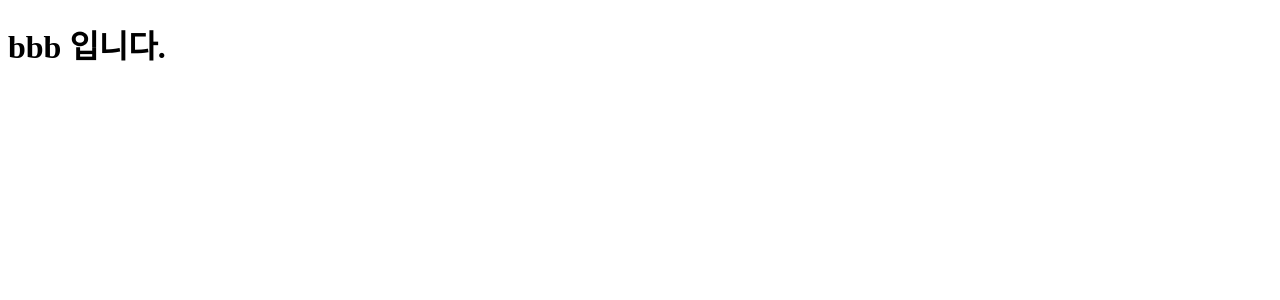
Repository: hjh5217/newJSP
Page: http://localhost/jspProj/err/ccc.jsp
These files come from the project's save history. The page is drawn as it stood at one moment and after the next save; the edit follows.
The browser window is 1280 px wide. The pictures show the whole page.
The page is served by Tomcat 9. Nobody is signed in. The application's start-up code is not run.

Above is the page before, as saved 2023-07-26 01:42:38.

After the next save:
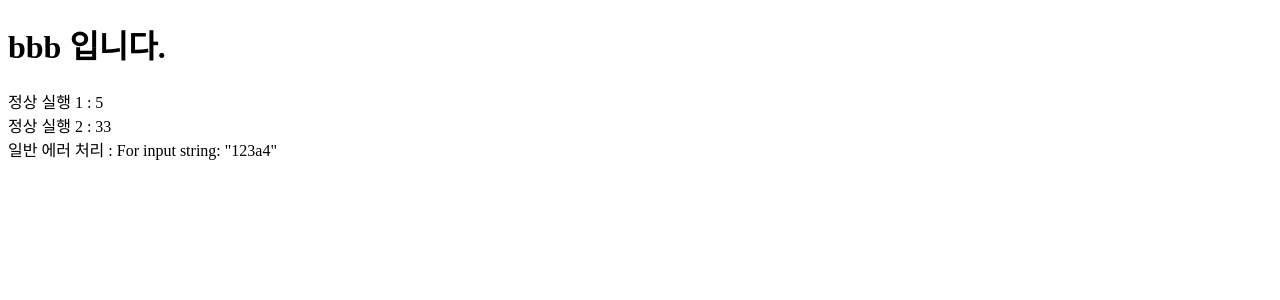
Saved 2 min 28 s later.
--- a/jspProj/src/main/webapp/err/ccc.jsp
+++ b/jspProj/src/main/webapp/err/ccc.jsp
@@ -8,5 +8,26 @@
 </head>
 <body>
 <h1>bbb 입니다.</h1>
+<%
+try{
+	int a = 10/2;
+	out.println("정상 실행 1 : "+a+"<br/>");
+	int [] arr = {11,22,33,44};
+	out.println("정상 실행 2 : "+arr[2]+"<br/>");
+	a = Integer.parseInt("123a4");
+	out.println("정상 실행 3 : "+a+"<br/>");
+
+}catch(ArithmeticException e){
+	out.println("수학적 에러 처리 : "+ e.getMessage());
+
+}catch(ArrayIndexOutOfBoundsException e){
+	out.println("인덱스 에러 처리 : "+ e.getMessage());
+
+}catch(Exception e){
+	out.println("일반 에러 처리 : "+ e.getMessage());
+}
+
+
+%>
 </body>
 </html>
